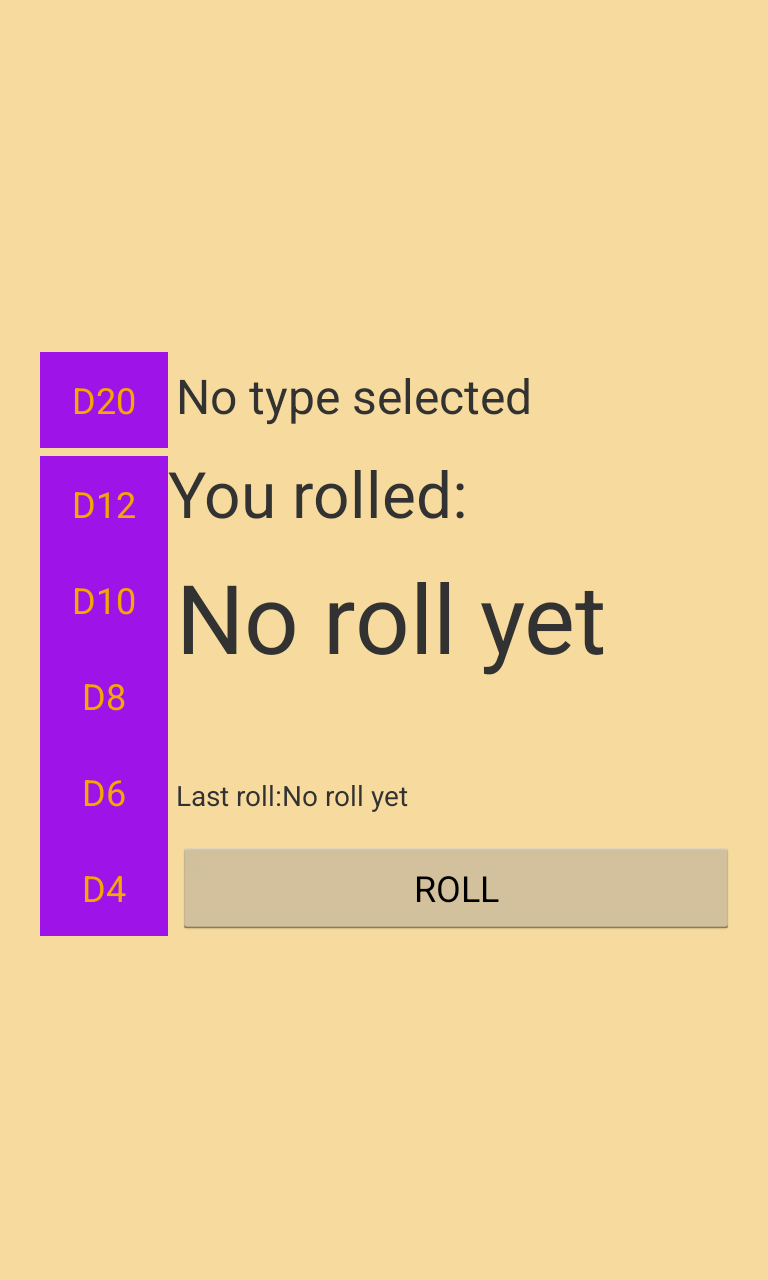
Repository: Bjodol/Roller
Layout: Roller3/res/layout/activity_main.xml
These files come from the project's save history. The layout is drawn as it stood at one moment and after the next save; the edit follows.
It is drawn on a 768 x 1280 px phone screen (xhdpi) without system bars, with theme AppTheme; the app's code is not run. The app's manifest (not shown) leaves right-to-left support off. So textAlignment, textDirection and layoutDirection are ignored, and left and right values win over start and end ones.

Above is the layout before, as saved 2013-08-31 08:41:08.

After the next save:
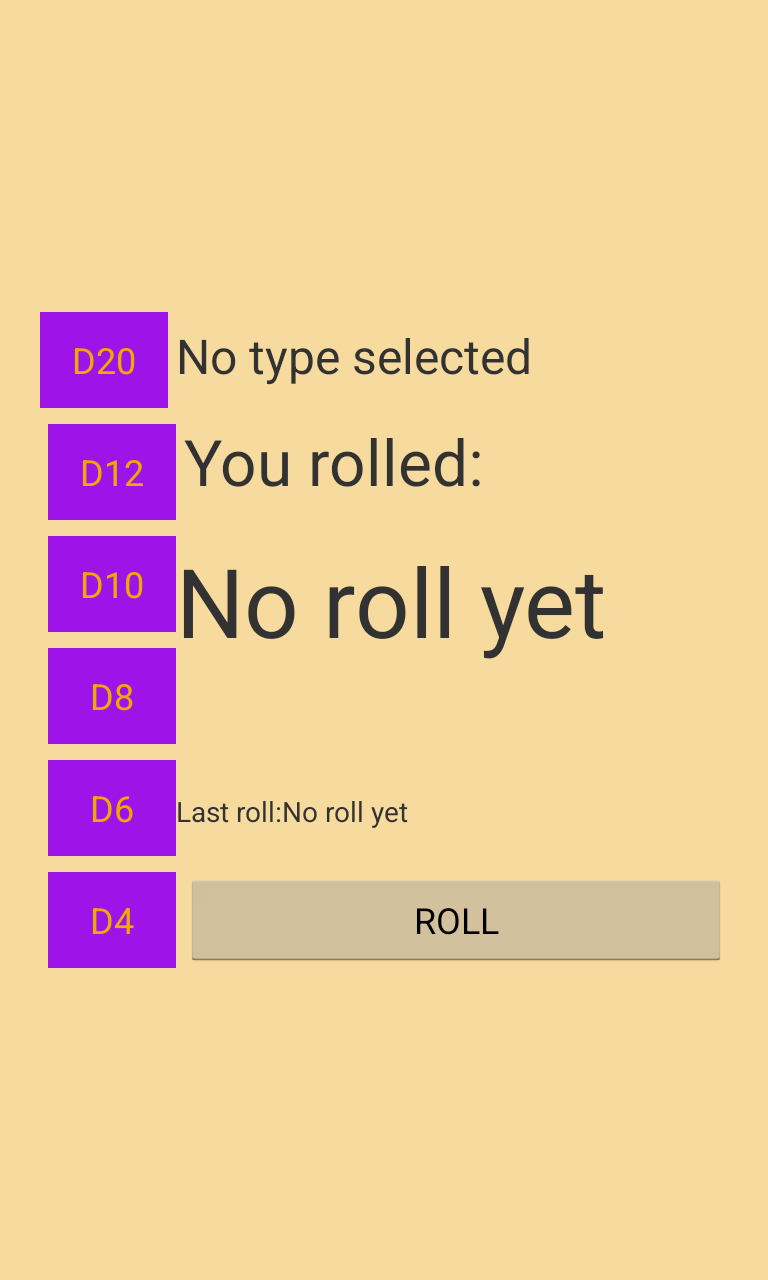
Saved 35 s later.
--- a/Roller3/res/layout/activity_main.xml
+++ b/Roller3/res/layout/activity_main.xml
@@ -14,7 +14,6 @@
         android:id="@+id/d20"
         android:background="@color/Purple"
         android:textColor="@color/Bronze"
-        android:padding="4dp"
         android:layout_margin="4dp"
         android:layout_width="wrap_content"
         android:layout_height="wrap_content"
@@ -24,7 +23,7 @@
 
     <Button
         android:id="@+id/d12"
-        android:padding="4dp"
+        android:layout_margin="4dp"
         android:background="@color/Purple"
         android:textColor="@color/Bronze"
         android:layout_width="wrap_content"
@@ -89,6 +88,7 @@
 
     <Button
         android:id="@+id/roll_button"
+        android:layout_margin="4dp"
         android:layout_width="match_parent"
         android:layout_height="wrap_content"
         android:layout_alignBaseline="@+id/d4"
@@ -99,6 +99,7 @@
 
     <Button
         android:id="@+id/d10"
+        android:layout_margin="4dp"
         android:background="@color/Purple"
         android:textColor="@color/Bronze"
         android:layout_width="wrap_content"
@@ -110,6 +111,7 @@
 
     <Button
         android:id="@+id/d8"
+        android:layout_margin="4dp"
         android:background="@color/Purple"
         android:textColor="@color/Bronze"
         android:layout_width="wrap_content"
@@ -121,6 +123,7 @@
 
     <Button
         android:id="@+id/d6"
+        android:layout_margin="4dp"
         android:background="@color/Purple"
         android:textColor="@color/Bronze"
         android:layout_width="wrap_content"
@@ -132,6 +135,7 @@
 
     <Button
         android:id="@+id/d4"
+        android:layout_margin="4dp"
         android:background="@color/Purple"
         android:textColor="@color/Bronze"
         android:layout_width="wrap_content"
